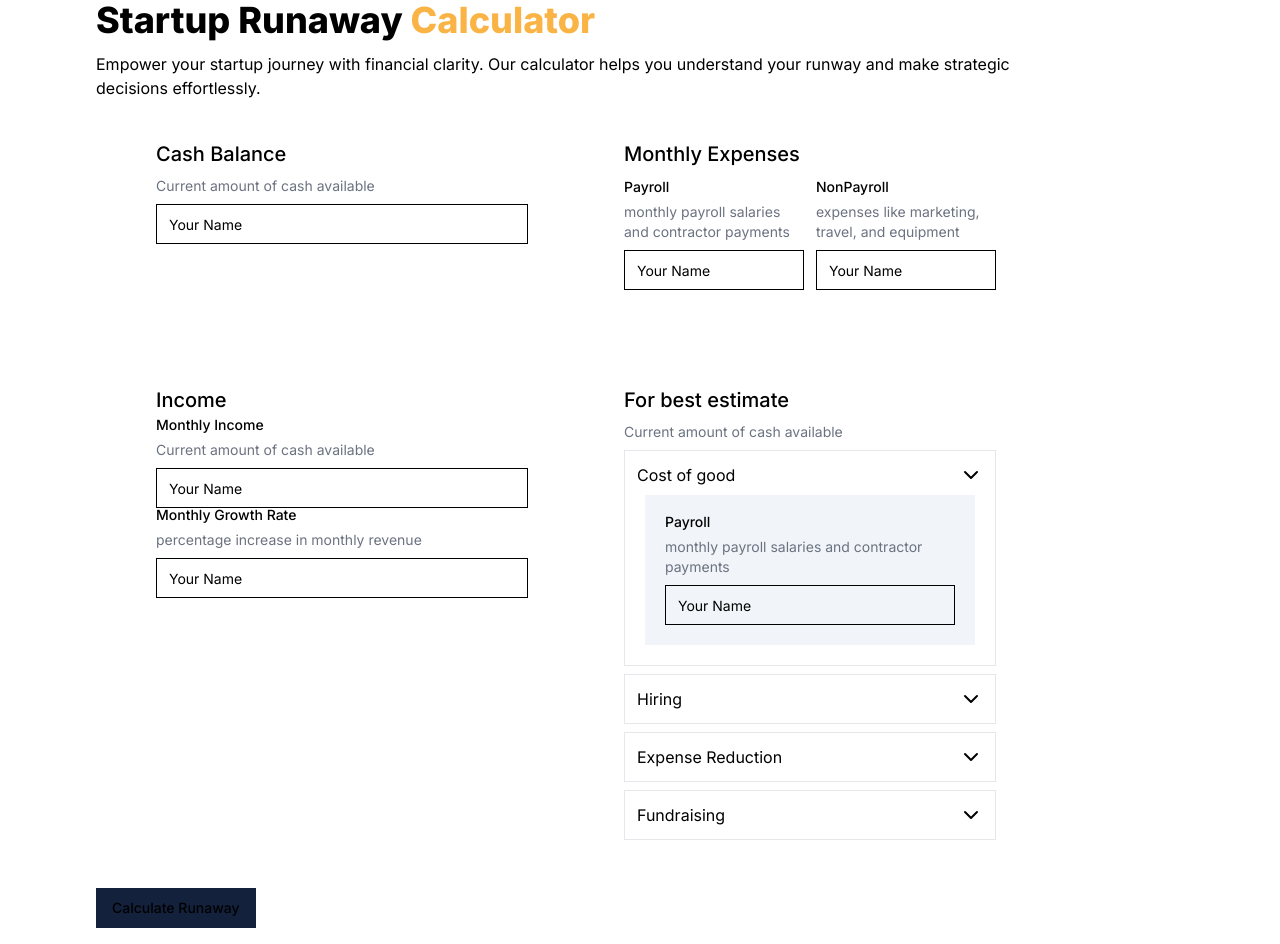
Repository: wossenF/startup-runaway-calculator
Page: /
The author's editor kept a copy of each file at every save. The page is drawn from the files as they stood at one save, then again after the next save.
The browser window is 1280 px wide. The pictures show the whole page.
The project was rebuilt for these pictures with package versions that can differ from the ones it lists, and the page was loaded fresh each time. The framework's server and built-in components were replaced by stand-ins that run in the browser. Also part of the build but not shown: next.config.mjs.

Above is the page before, as saved 2024-04-08 14:01:11.

After the next save:
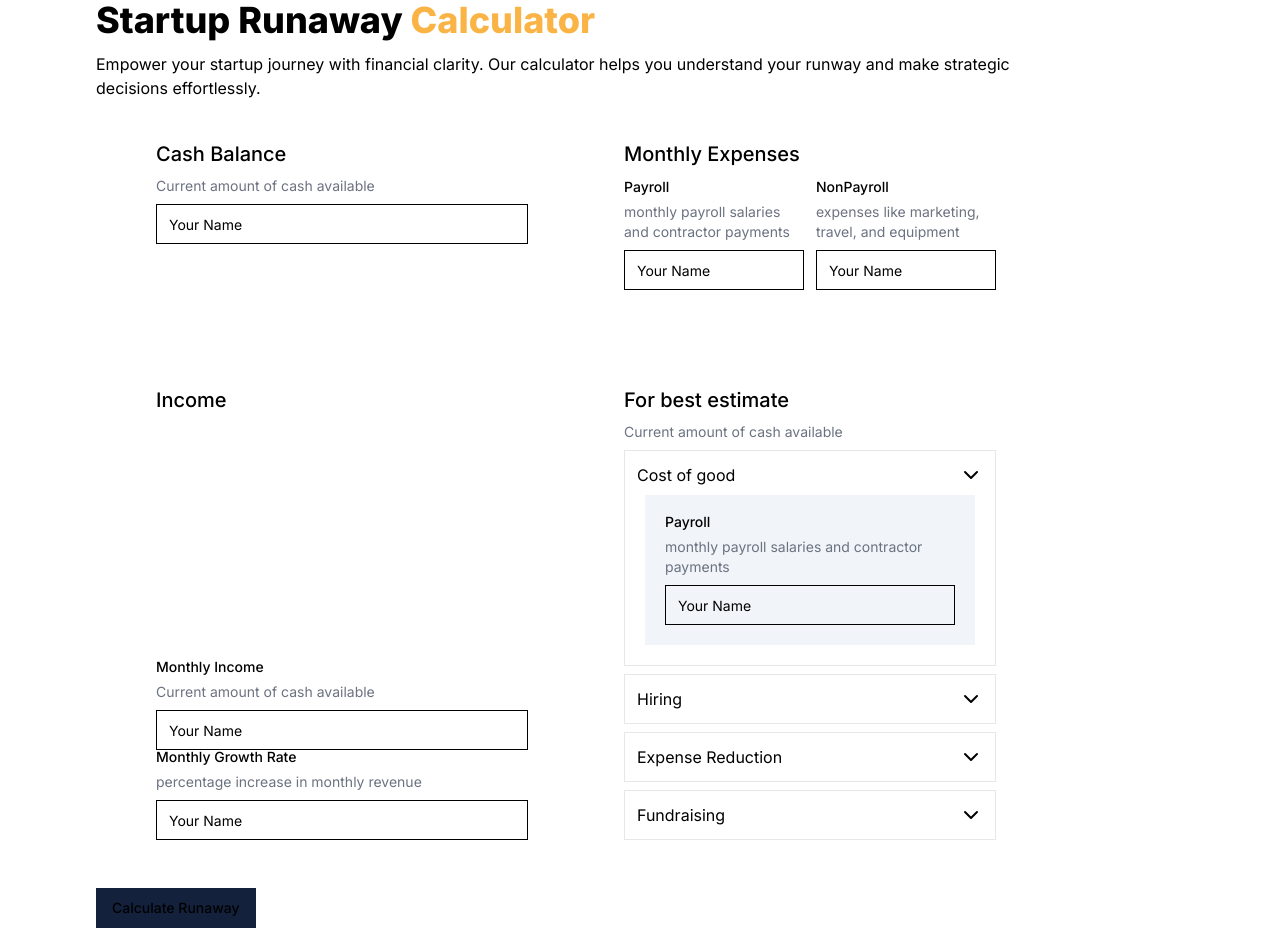
Saved 7 s later.
--- a/src/components/UserInput.tsx
+++ b/src/components/UserInput.tsx
@@ -41,7 +41,7 @@
         </div>
       </div>
 
-      <div className=" bg-secondary/50 rounded-lg p-7 flex flex-col justifybete">
+      <div className=" bg-secondary/50 rounded-lg p-7 flex flex-col justify-between">
         <Label className="font-medium text-xl">Income</Label>
         <div className="grid  pt-1">
             <form className="grid gap-2">

After the save that followed:
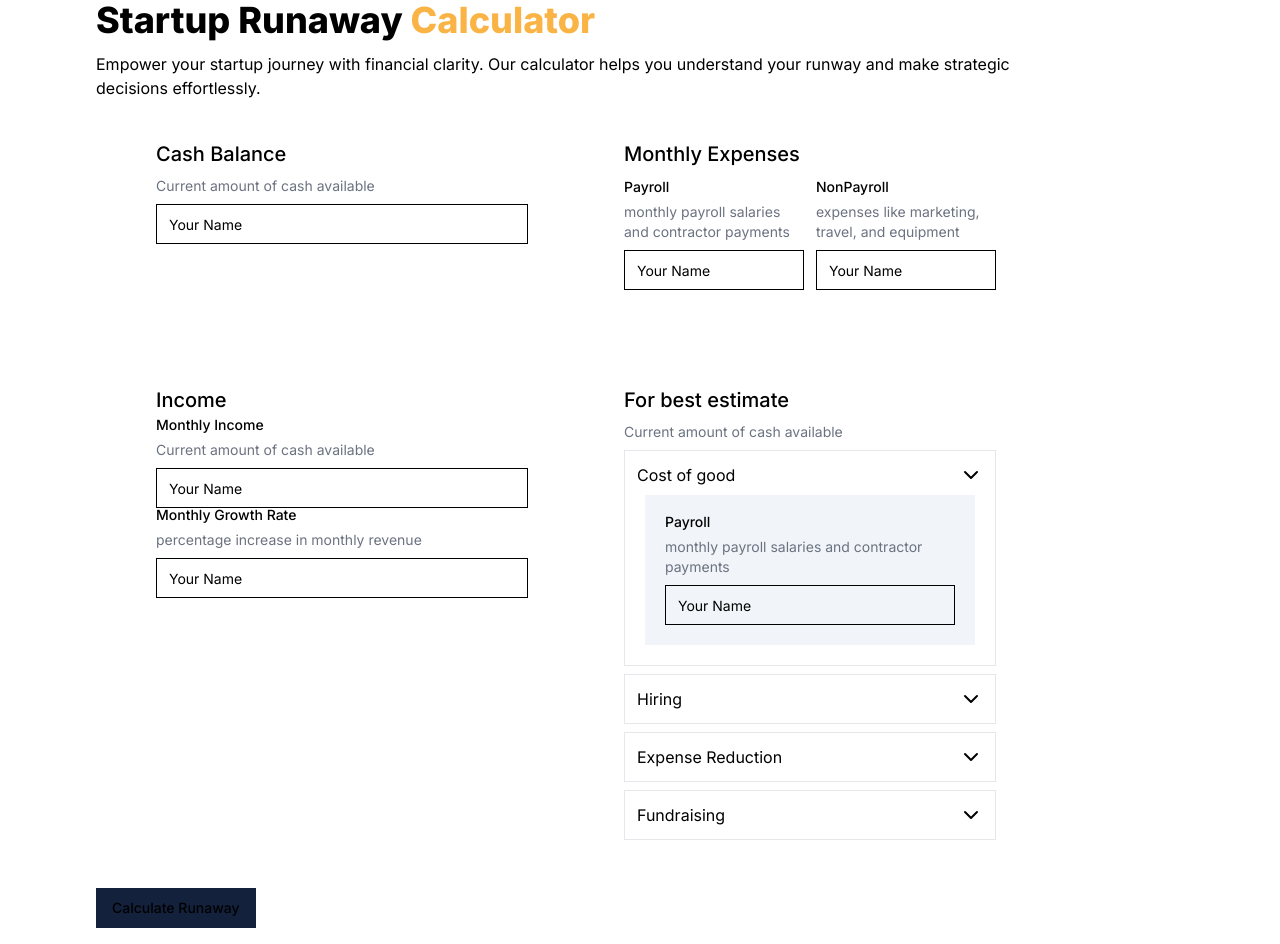
Saved 14 s later.
--- a/src/components/UserInput.tsx
+++ b/src/components/UserInput.tsx
@@ -41,7 +41,7 @@
         </div>
       </div>
 
-      <div className=" bg-secondary/50 rounded-lg p-7 flex flex-col justify-between">
+      <div className=" bg-secondary/50 rounded-lg p-7 flex flex-col ">
         <Label className="font-medium text-xl">Income</Label>
         <div className="grid  pt-1">
             <form className="grid gap-2">
